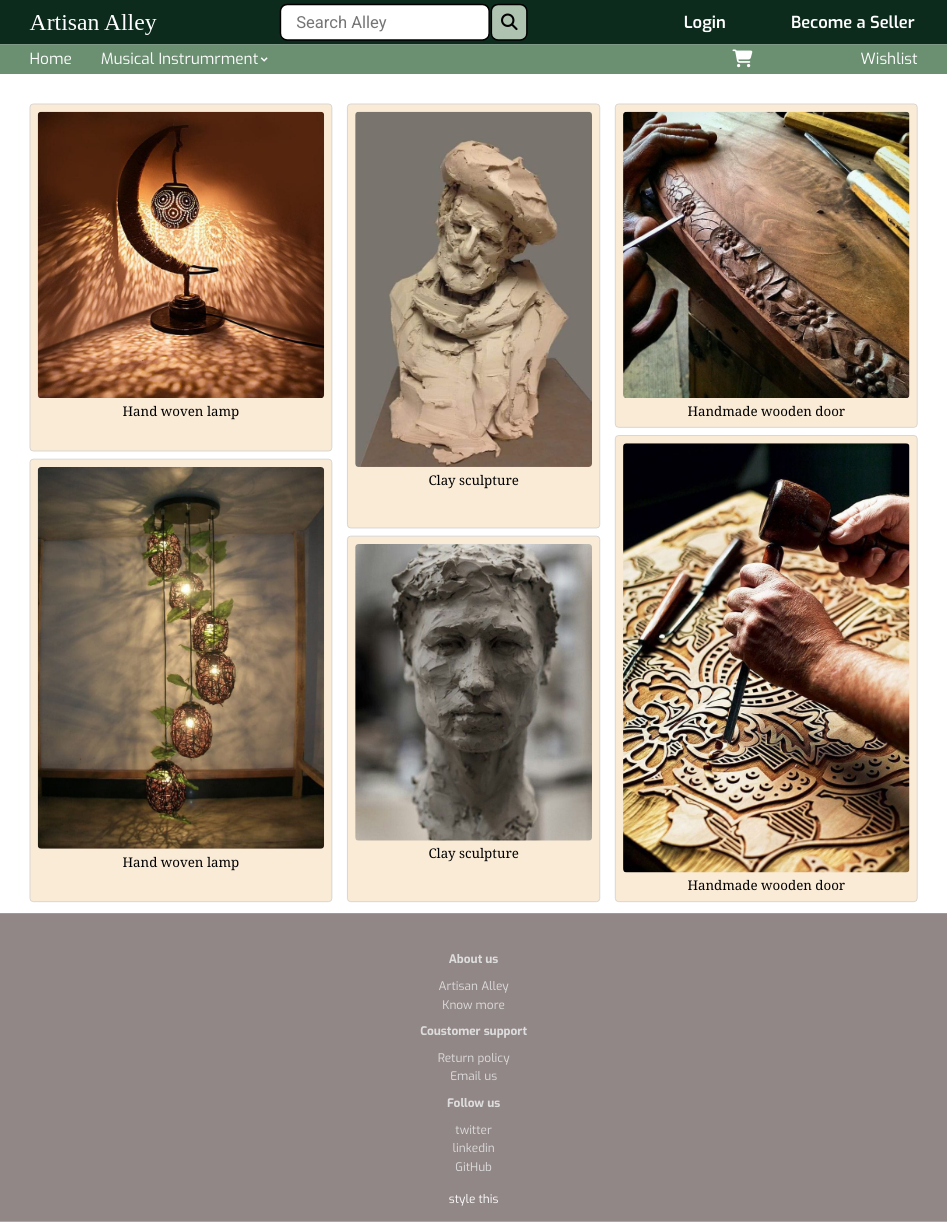
Repository: RingkhangBTY/Bytehacks_Hackathon_Project
Page: index.html
These files come from the project's save history. The page is drawn as it stood at one moment and after the next save; the edit follows.
The browser window is 1280 px wide. The pictures show the whole page, at 74% of full size.
Some web fonts or font styles are not loaded; a fallback is used.

Above is the page before, as saved 2024-11-27 04:19:17.

### index.html
<!DOCTYPE html>
<html lang="en">
  <head>
    <meta charset="UTF-8" />
    <meta name="viewport" content="width=device-width, initial-scale=1.0" />
    <link rel="stylesheet" href="style.css" />
    <link
      rel="stylesheet"
      href="https://cdnjs.cloudflare.com/ajax/libs/font-awesome/6.7.1/css/all.min.css"
      integrity="sha512-5Hs3dF2AEPkpNAR7UiOHba+lRSJNeM2ECkwxUIxC1Q/FLycGTbNapWXB4tP889k5T5Ju8fs4b1P5z/iB4nMfSQ=="
      crossorigin="anonymous"
      referrerpolicy="no-referrer"
    />
    <title>Artisan Alley</title>
  </head>
  <body>
    <header>
      <div class="split-div">
        <div class="half half-top">
          <a href="index.html" class="logo">Artisan Alley</a>

          <div class="searchdiv">
            <input
              type="text"
              placeholder="Search Alley"
              class="searchbar"
              id=""
            />

            <div class="search-icon">
              <button class="alley-search">
                <i class="fa-solid fa-magnifying-glass"></i>
              </button>
            </div>
          </div>

          <div class="login-and-seller">
            <a href="login/login.html" class="account-login login" id="">Login</a>
            <a href="" class="seller-login login" id="">Become a Seller</a>
          </div>
        </div>

        <div class="half half-bottom">
          <div class="home-and-categories nav2">
            <a href="index.html" class="home">Home</a>

            <label for="categories"></label>
            <select id="categories" class="categories">
              <option value="" disabled selected>Categories</option>
              <option value="" selected>Painting</option>
              <option value="" selected>Sculpture</option>
              <option value="" selected>Drawing</option>
              <option value="" selected>Handcraft</option>
              <option value="" selected>Musical Instrumrment</option>
            </select>
          </div>

          <div class="cart-wishlist nav2">
            <a href="https://www.flipkart.com/" class="cart" id=""
              ><i class="fa-solid fa-cart-shopping"></i
            ></a>

            <button class="wishlist" id="">Wishlist</button>
          </div>
        </div>
      </div>
    </header>

    <main>
      <div class="products">
        <div class="left-container">
          <div class="grid-layout">
              <div class="grid-item">
                <img src="image/Hand woven lamp1.jpg" alt="">
                <p>Hand woven lamp</p>
              </div>
              <div class="grid-item">
                <img src="image/Hand woven lamp2.jpg" alt="">
                <p>Hand woven lamp</p>
              </div>
          </div>
        </div>
        <div class="middle-container">
          <div class="grid-layout">
              <div class="grid-item">
                <img src="image/Clay sculpture1.jpg" alt="">
                <p>Clay sculpture</p>
              </div>
              <div class="grid-item">
                <img src="image/Clay sculpture2.jpg" alt="">
                <p>Clay sculpture</p>
              </div>
          </div>
        </div>
        <div class="right-container">
          <div class="grid-layout">
              <div class="grid-item">
                <img src="image/Handmade wooden door design1.jpg" alt="image">
                <p>Handmade wooden door</p>
              </div>
              <div class="grid-item">
                <img src="image/Handmade wooden door design2.jpg" alt="image">
                <p>Handmade wooden door</p>
              </div>
          </div>
        </div>
      </div>
    </main>

    <footer>
      <footer>
        <div class="foooter-container">
          <div class="imfo-container">
            <h6>About us</h6>
            <p>Artisan Alley</p>
            <p>Know more</p>
          </div>

          <div class="imfo-container">
            <h6>Coustomer support</h6>
            <p>Return policy</p>
            <a href="mailto:ringkhangb913@gmail.com">Email us</a>
          </div>

          <div class="imfo-container">
            <h6>Follow us</h6>
            <a href="https://x.com/Ringkha68574745" target="_blank">twitter</a>
            <a href="https://www.linkedin.com/in/ringkhang-basumatary-2840b725b/" target="_blank">linkedin</a>
            <a href="https://github.com/RingkhangBTY/Bytehacks_Hackathon_Project" target="_blank">GitHub</a>
          </div>
        </div>
      </footer>

  style this
    </footer>
  </body>
</html>

### style.css
@import url("https://fonts.googleapis.com/css2?family=Roboto:ital,wght@0,100;0,300;0,400;0,500;0,700;0,900;1,100;1,300;1,400;1,500;1,700;1,900&display=swap");
@import url("https://fonts.googleapis.com/css2?family=Edu+AU+VIC+WA+NT+Pre:wght@400..700&display=swap");
@import url("https://fonts.googleapis.com/css2?family=Exo:ital,wght@0,100..900;1,100..900&display=swap");

* {
  margin: 0;
  padding: 0;
  box-sizing: border-box;
  font-family: Exo;
}

body {
  header {
    .split-div {
      width: 100%;
      height: 30%;

      .half {
        width: 100%;
      }

      .half-top {
        background-color: #0d2b1d;
        height: 70%;
        display: flex;
        justify-content: space-between;
        align-items: center;

        .logo {
          text-decoration: none;
          color: white;
          font-size: 2rem;
          font-family: Edu AU VIC WA NT Pre, cursive;
          font-weight: 500;
          margin-left: 40px;
        }

        .searchdiv {
          display: flex;

          .searchbar {
            height: 50px;
            width: 100%;
            border: black 2px solid;
            outline: none;
            border-radius: 10px;
            padding-left: 20px;
            font-size: 1.4rem;
            font-family: Roboto;
          }

          .alley-search {
            display: flex;
            justify-content: center;
            align-items: center;
            width: 50px;
            height: 50px;
            background-color: #aec3b0;
            border: 2px black solid;
            margin-left: 1px;
            border-radius: 10px;
            cursor: pointer;

            i {
              color: black;
              font-size: 1.4rem;
            }
          }
        }

        .artisan-story .story{
          color: white;
          font-size: 1.4rem;
          text-decoration: none;
          font-family: Exo;
          font-weight: 600;
        }

        .login-and-seller {
          height: 60px;
          width: 400px;
          display: flex;
          justify-content: space-around;
          align-items: center;
        }

        .login-and-seller .login {
          color: white;
          font-size: 1.4rem;
          text-decoration: none;
          font-family: Exo;
          font-weight: 600;
        }
      }

      .half-bottom {
        background-color: #6b8f71;
        height: 30%;
        display: flex;
        justify-content: space-between;
        align-items: center;

        .nav2 {
          height: 40px;
          width: 250px;
          display: flex;
          justify-content: space-between;
          align-items: center;
          margin-left: 40px;
          margin-right: 40px;

          .home {
            text-decoration: none;
            color: white;
            margin-right: 10%;
            font-size: 1.3rem;
          }

          .categories {
            height: 100%;
            padding-left: 10px;
            text-align: center;
            border: none;
            background: transparent;
            border-radius: 5px;
            outline: none;
            font-size: 1.3rem;
            color: #fdfdfd;
            cursor: pointer;
          }
          .categories option[selected]{
            margin-left: 20px;
            background-color: #e6f7ff;
            color: #2a2828;
          }

          .donation{
            display: block;
            text-decoration: none;
            font-size: 1.5rem;
            color: white;
          }

          .cart {
            text-decoration: none;
            font-size: 1.5rem;
            color: white;
          }

          .wishlist {
            height: 100%;
            border-radius: 5px;
            background: transparent;
            border: none;
            outline: none;
            font-size: 1.3rem;
            color: white;
          }
        }
      }
    }
  }
}

.products{
  display: flex;
  gap: 10px;
  margin: 10px;
}

.left-container,.middle-container,.right-container{
  display: flex;
  border-radius: 5px;
  padding: 5px;
  padding-top: 30px;
}
.left-container{
  padding-left: 30px;
}
.right-container{
  padding-right: 30px;
}
.grid-layout{
  display: grid;
  grid-template-rows: auto ;
  gap: 10px;
}
.grid-item{
  background-color: antiquewhite;
  border: 1px solid #ccc;
  width: 100%;
  border-radius: 5px;
  text-align: center;
  padding: 10px;
  padding-bottom: 10px;
}
.grid-item img{
  width: 100%;
  height: auto;
  border-radius: 5px;
}
.grid-item p{
  font-size: large;
  font-family: Cambria, Cochin, Georgia, Times, 'Times New Roman', serif;
}

footer{
  background-color: #928787;
  color: #fff;
  padding: 20px 40px;
  text-align: center;
}

.footer-container{
  display: flex;
  justify-content: space-between;
  align-items: center;
  gap: 20px;
  max-width: 1200px;
  margin: 0 auto;
  padding-left: 20%;
  padding-right: 20%;
}

.imfo-container h6{
  display: flex;
  flex-direction: column;
  font-size: 1rem;
  line-height: 1.6rem;
  display: flex;
  flex-direction: column;
  align-items: center;
  color: #ddd;
  margin: 10px auto;
}
.imfo-container  p, .imfo-container a{
  font-size: 1rem;
  line-height: 1.6rem;
  color: #ddd;
  text-decoration: none;
  display: block;
}

After the next save:
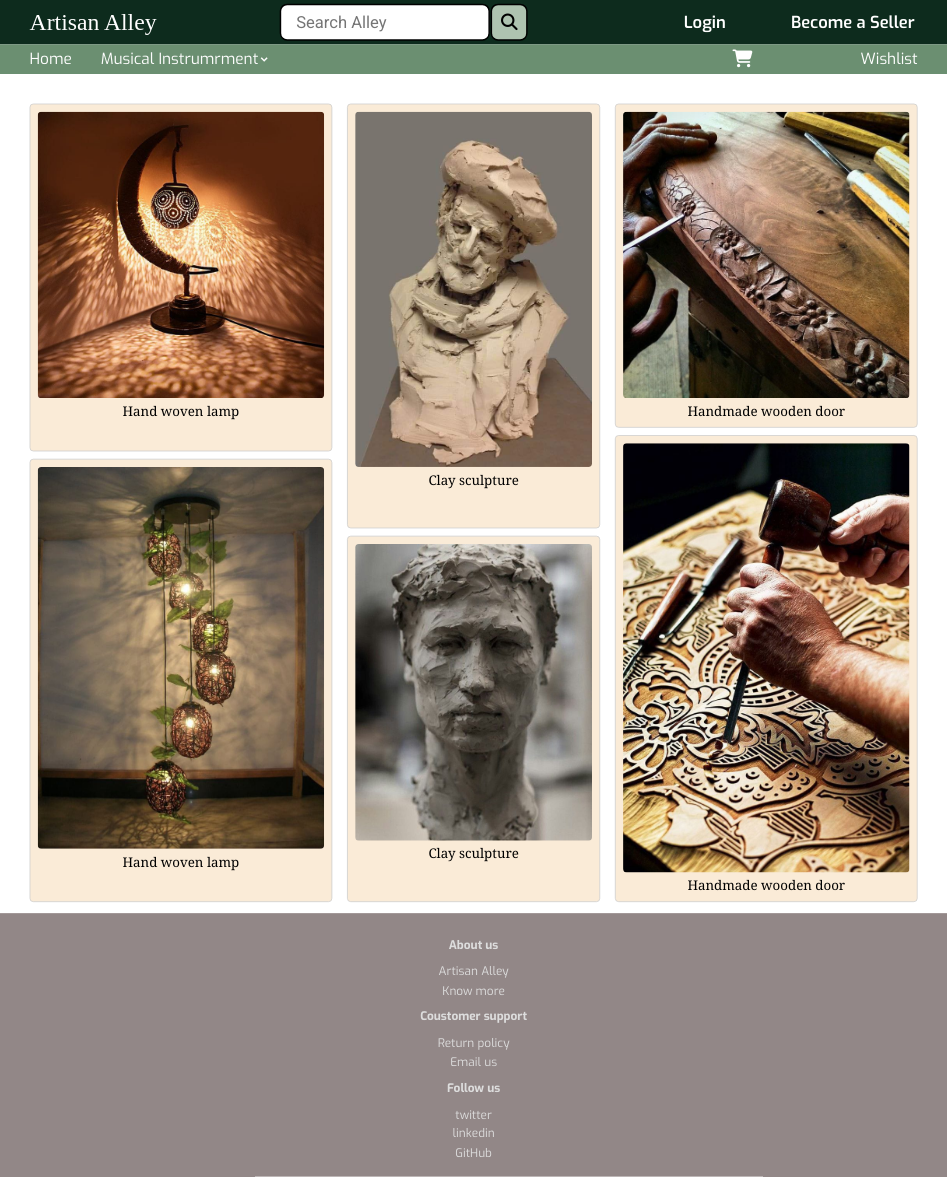
Saved 6 s later.
--- a/index.html
+++ b/index.html
@@ -108,7 +108,7 @@
     </main>
 
     <footer>
-      <footer>
+      <fo>
         <div class="foooter-container">
           <div class="imfo-container">
             <h6>About us</h6>
@@ -129,9 +129,6 @@
             <a href="https://github.com/RingkhangBTY/Bytehacks_Hackathon_Project" target="_blank">GitHub</a>
           </div>
         </div>
-      </footer>
-
-  style this
     </footer>
   </body>
 </html>
